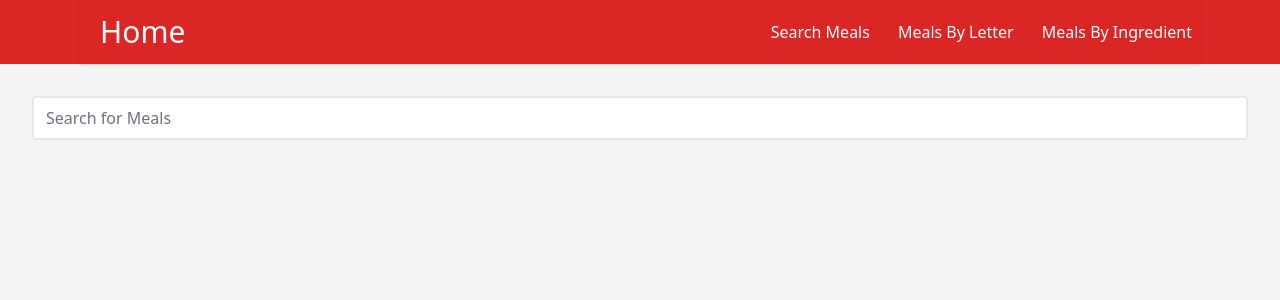
Repository: HalemX/meals
Page: /by-name
An editor plug-in stored every save of this project. The page is shown before and after the next save, followed by the edit.
The browser window is 1280 px wide. The pictures show the whole page.
The project was rebuilt for these pictures with package versions that can differ from the ones it lists, and the page was loaded fresh each time. Also part of the build but not shown: vite.config.js, src/pages/home/Home.vue, src/components/layout/GuestLayout.vue, src/pages/meals/MealsByIngredient.vue, src/pages/meals/MealsByLetters.vue, src/components/ui/BaseButtons.vue, src/components/meals_components/MealDetails.vue.

Above is the page before, as saved 2024-02-11 12:46:37.

### index.html
<!DOCTYPE html>
<html lang="en">
  <head>
    <meta charset="UTF-8" />
    <link rel="icon" type="image/svg+xml" href="/vite.svg" />
    <meta name="viewport" content="width=device-width, initial-scale=1.0" />
    <title>Vite + Vue</title>
  </head>
  <body class="bg-gray-100 h-full">
    <div id="app"></div>
    <script type="module" src="/src/main.js"></script>
  </body>
</html>

### src/main.js
import { createApp } from "vue";

import router from "./router";
import store from "./store";
import "./style.css";

import App from "./App.vue";

const app = createApp(App);
app.use(router);
app.use(store);

app.mount("#app");

### src/router/index.js
import { createRouter, createWebHistory } from "vue-router";

import Home from "../pages/home/Home.vue";

import DefaultLayout from "../components/layout/DefaultLayout.vue";
import GuestLayout from "../components/layout/GuestLayout.vue";

import MealsByIngredient from "../pages/meals/MealsByIngredient.vue";
import MealsByLetters from "../pages/meals/MealsByLetters.vue";
import MealsByName from "../pages/meals/MealsByName.vue";
import MealDetails from "../components/meals_components/MealDetails.vue";

const routes = [
  {
    path: "/",
    component: DefaultLayout,
    children: [
      {
        path: "/",
        name: "home",
        component: Home,
      },
      {
        path: "/by-letter/:letter?",
        name: "byLetter",
        component: MealsByLetters,
      },
      {
        path: "/by-name/:name?",
        name: "byName",
        component: MealsByName,
      },
      {
        path: "/by-ingredient/:ingredient?",
        name: "byIngredient",
        component: MealsByIngredient,
      },
      {
        path: "/meal/:id",
        name: "mealDetails",
        component: MealDetails,
      },
    ],
  },
  {
    path: "/guest",
    component: GuestLayout,
    children: [],
  },
];

const router = createRouter({
  history: createWebHistory(),
  routes,
});

export default router;

### src/store/index.js
import { createStore } from "vuex";

import mealsModule from "./modules/meals/index";

const store = createStore({
  modules: {
    mealsModule,
  },
});

export default store;

### src/App.vue
<template>
  <router-view v-slot="slotProps">
    <transition name="route" mode="out-in">
      <component :is="slotProps.Component"></component>
    </transition>
  </router-view>
</template>

<style scoped>
.route-enter-from {
  opacity: 0;
  transform: translateY(-30px);
}
.route-leave-to {
  opacity: 0;
  transform: translateY(30px);
}
.route-enter-active {
  transition: all 0.4s ease-out;
}
.route-enter-active {
  transition: all 0.4s ease-in;
}
.route-enter-to,
.route-leave-from {
  opacity: 1;
  transform: translateY(0);
}
</style>

### src/components/layout/DefaultLayout.vue
<template>
  <div>
    <navbar />
    <main>
      <router-view v-slot="slotProps">
        <transition name="route" mode="out-in">
          <component :is="slotProps.Component"></component>
        </transition>
      </router-view>
    </main>
  </div>
</template>

<script>
import Navbar from "./Navbar.vue";
export default {
  components: {
    Navbar,
  },
};
</script>

<style scoped>
.route-enter-from {
  opacity: 0;
  transform: translateY(-30px);
}
.route-leave-to {
  opacity: 0;
  transform: translateY(30px);
}
.route-enter-active {
  transition: all 0.4s ease-out;
}
.route-enter-active {
  transition: all 0.4s ease-in;
}
.route-enter-to,
.route-leave-from {
  opacity: 1;
  transform: translateY(0);
}
</style>

### src/pages/meals/MealsByName.vue
<template>
  <div>
    <div class="p-8 pb-0">
      <input
        type="text"
        class="w-full rounded border-2 border-gray-200"
        placeholder="Search for Meals"
        v-model="enterName"
        @change="searchMealsByName"
      />
    </div>
    <all-meals-by-name :mealsByName="mealsByName"></all-meals-by-name>
  </div>
</template>

<script>
import { computed, onMounted, ref } from "vue";
import { useStore } from "vuex";
import { useRoute } from "vue-router";
import AllMealsByName from "../../components/meals_by_name/AllMealsByName.vue";

export default {
  components: {
    AllMealsByName,
  },
  setup() {
    const enterName = ref("");

    const store = useStore();

    const mealsByName = computed(() => {
      return store.getters.getSearchMealsByName;
    });

    function searchMealsByName() {
      store.dispatch("searchMealsByName", enterName.value);
    }

    const rout = useRoute();
    onMounted(() => {
      enterName.value = rout.params.name;
      if (enterName.value) {
        searchMealsByName();
      }
    });

    return { searchMealsByName, mealsByName, enterName };
  },
};
</script>

<style>
input {
  transition: 0.3s;
  caret-color: #dc2626;
}
input:focus {
  outline: none !important;
  border-color: transparent !important;
  box-shadow: none !important;
}
</style>

### src/store/modules/meals/index.js
import mutations from "./mutations";
import actions from "./actions";
import getters from "./getters";

export default {
  state() {
    return {
      searchMealsByName: [],
    };
  },
  mutations,
  actions,
  getters,
};

### src/components/layout/Navbar.vue
<template>
  <div class="bg-[#dc2626]">
    <header
      class="text-white shadow h-16 flex justify-between items-stretch bg-[#dc2626] mx-20"
    >
      <router-link
        class="text-3xl inline-flex items-center h-full px-5"
        :to="{ name: 'home' }"
        >Home</router-link
      >
      <div class="flex items-center gap-3">
        <router-link
          class="inline-flex items-center px-2 h-full transition-colors hover:bg-[#ef4444]"
          :to="{ name: 'byName' }"
          >Search Meals</router-link
        >
        <router-link
          class="inline-flex items-center px-2 h-full transition-colors hover:bg-[#f87171]"
          :to="{ name: 'byLetter' }"
          >Meals By Letter</router-link
        >
        <router-link
          class="inline-flex items-center px-2 h-full transition-colors hover:bg-[#f87171]"
          :to="{ name: 'byIngredient' }"
          >Meals By Ingredient</router-link
        >
      </div>
    </header>
  </div>
</template>

<script>
export default {};
</script>

### src/components/meals_by_name/AllMealsByName.vue
<template>
  <div class="grid grid-cols-1 md:grid-cols-3 gap-5 p-8">
    <div
      v-for="meal of mealsByName"
      :key="meal.idMeal"
      class="bg-white shadow rounded-xl"
    >
      <router-link :to="{ name: 'mealDetails', params: { id: meal.idMeal } }">
        <img
          :src="meal.strMealThumb"
          :alt="meal.strMeal"
          class="rounded-t-xl w-full h-48 object-cover"
        />
      </router-link>
      <div class="p-3">
        <h3 class="font-bold">{{ meal.strMeal }}</h3>
        <p class="mb-4">
          Lorem ipsum dolor sit, amet consectetur adipisicing elit. Repellendus
          dicta saepe.
        </p>
      </div>
      <div class="flex items-center justify-between">
        <base-buttons :href="meal.strYoutube"></base-buttons>
      </div>
    </div>
  </div>
</template>

<script>
import BaseButtons from "../ui/BaseButtons.vue";

export default {
  components: {
    BaseButtons,
  },
  props: ["mealsByName"],
};
</script>

### src/axiosClient.js
import axios from "axios";

const axiosClient = axios.create({
  baseURL: "https://www.themealdb.com/api/json/v1/1/",
});

export default axiosClient;

### src/store/modules/meals/mutations.js
export default {
  setSearchMealsByName(state, meals) {
    state.searchMealsByName = meals;
  },
};

### src/store/modules/meals/actions.js
import axiosClient from "../../../axiosClient";

export default {
  async searchMealsByName(context, enterName) {
    const response = await axiosClient.get(`search.php?s=${enterName}`);

    const responseData = await response.data;

    context.commit("setSearchMealsByName", responseData.meals);
  },

  //   async fetchMeals(context) {
  //     const response = await fetch(
  //       "https://www.themealdb.com/api/json/v1/1/search.php?s=Arrabiata"
  //     );
  //     const responseData = await response.json();
  //     if (!response.ok) {
  //       const error = new Error(responseData.message || "Failed to fetch Meals");
  //       throw error;
  //     }
  //     // console.log(responseData.meals);
  //     // const meals = [];
  //     // for (const key in responseData) {
  //     //   const request = {
  //     //     id: key,
  //     //     coachId: coachId,
  //     //     userEmail: responseData[key].userEmail,
  //     //     message: responseData[key].message,
  //     //   };
  //     //   requests.push(request);
  //     // }
  //     context.commit("setMeals", responseData.meals.slice(0, 5));
  //   },
};

### src/store/modules/meals/getters.js
export default {
  getSearchMealsByName(state) {
    return state.searchMealsByName;
  },
};

### tailwind.config.js
/** @type {import('tailwindcss').Config} */
export default {
  content: ["./index.html", "./src/**/*.{vue,js,ts,jsx,tsx}"],
  theme: {
    extend: {},
  },
  plugins: [
    require("@tailwindcss/forms"),
    // ...
  ],
};

Loaded but not shown: src/style.css (common file)

After the next save:
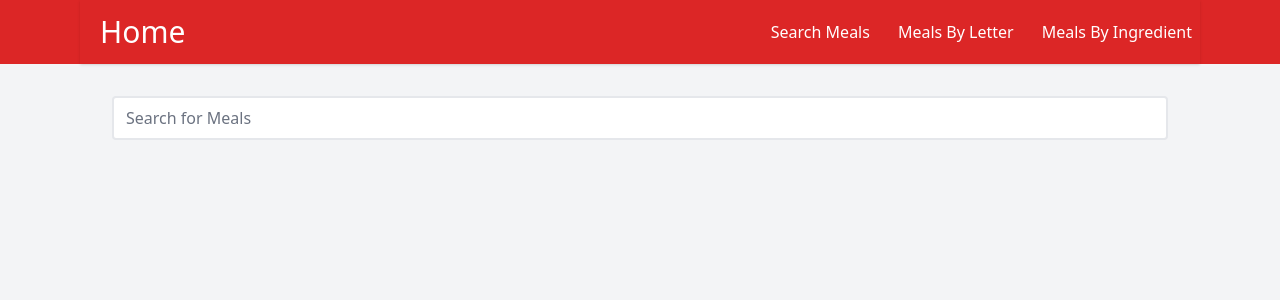
Saved 29 s later.
--- a/src/pages/meals/MealsByName.vue
+++ b/src/pages/meals/MealsByName.vue
@@ -1,5 +1,5 @@
 <template>
-  <div>
+  <div class="mx-20">
     <div class="p-8 pb-0">
       <input
         type="text"
